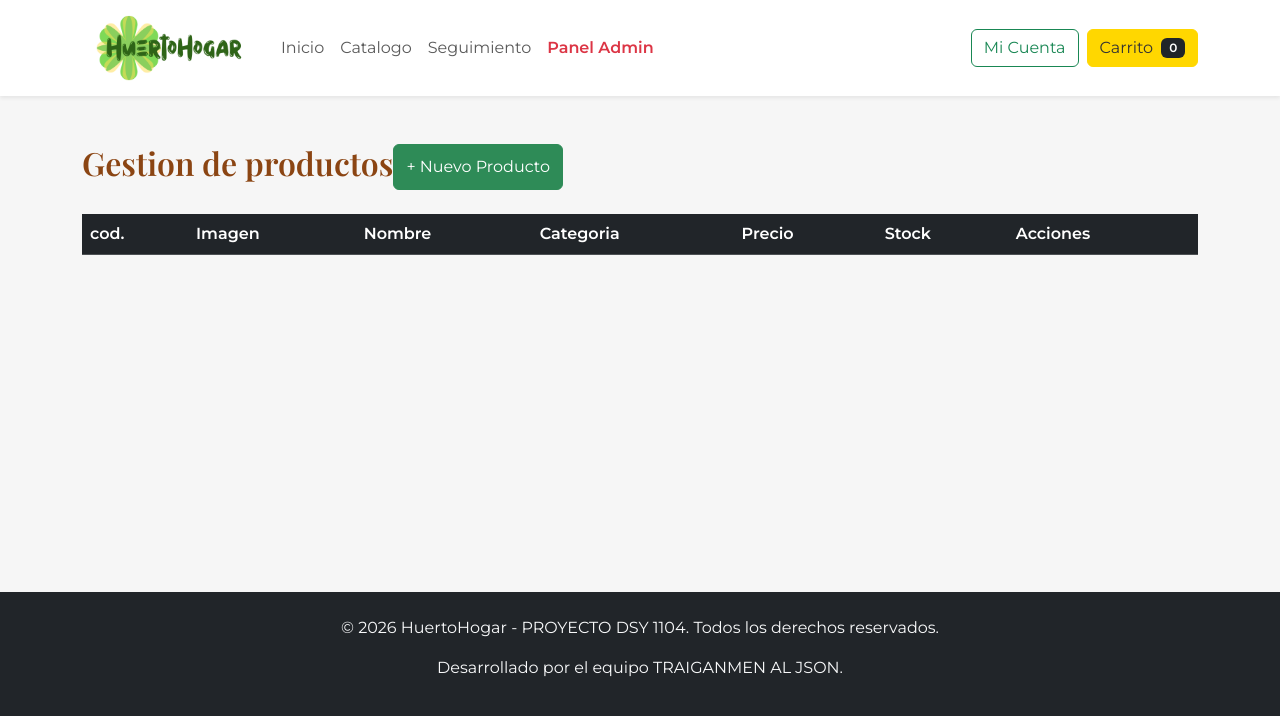
Repository: RottZen/Ev_1_Huerto_Hogar
Page: 8_admin/admin.html
The author's editor kept a copy of each file at every save. The page is drawn from the files as they stood at one save, then again after the next save.
The browser window is 1280 px wide. The pictures show the whole page.

Above is the page before, as saved 2026-09-08 22:52:55.

### 8_admin/admin.html
<!DOCTYPE html>
<html lang="es">
<head>
    <meta charset="UTF-8">
    <meta name="viewport" content="width=device-width, initial-scale=1.0">
    <title>Admin - HuertoHogar</title>
    <link href="https://cdn.jsdelivr.net/npm/bootstrap@5.3.2/dist/css/bootstrap.min.css" rel="stylesheet">
    <link href="https://fonts.googleapis.com/css2?family=Montserrat:wght@400;600&family=Playfair+Display:wght@600;700&display=swap" rel="stylesheet">
    <link rel="stylesheet" href="../7_comunes/global.css">

</head>
<body class="d-flex flex-column min-vh-100">
    <!-- menu de navegacion -->
    <header>
        <nav class="navbar navbar-expand-lg navbar-light bg-white shadow-sm">
            <div class="container">
                <a class="navbar-brand" href="../1_inicio/index.html">
                    <img src="../assets/img/logo.png" alt="Logo HuertoHogar" class="logo-header d-inline-block align-text-center">
                </a>
                <button class="navbar-toggler" type="button" data-bs-toggle="collapse" data-bs-target="#menuNavegacion">
                    <span class="navbar-toggler-icon"></span>
                </button>

                <div class="collapse navbar-collapse" id="menuNavegacion">
                    <ul class="navbar-nav me-auto mb-2 mb-lg-0">
                        <li class="nav-item"><a class="nav-link" href="../1_inicio/index.html">Inicio</a></li>
                        <li class="nav-item"><a class="nav-link" href="../2_catalogo/catalogo.html">Catalogo</a></li>
                        <li class="nav-item"><a class="nav-link" href="../6_seguimiento/rastreo.html">Seguimiento</a></li>
                        <li class="nav-item"> <a class="nav-link active fw-bold text-danger" href="admin.html">Panel Admin</a></li>
                    </ul>
                    <div class="d-flex gap-2">
                        <a href="../4_autenticacion/registro.html" class="btn btn-outline-success">Mi Cuenta</a>
                        <!-- boton del carrito de compras con contador dinamico js KU -->
                        <a href="../3_carrito/carrito.html" class="btn btn-warning">
                            Carrito <span class="badge bg-dark ms-1" id="contador-carrito">0</span>
                        </a>
                    </div>
                </div>
            </div>
        </nav>
    </header>

    <!-- MAIN CONTENEDOR DINAMICO -->
    <main class="container my-5 flex-grow-1">
        <div class="d-flex justify-content-vetween align-item-center mb-4">
            <h2>Gestion de productos</h2>
            <button class="btn btn-primary">+ Nuevo Producto</button>
        </div>

        <div class="table-responsive">
            <table class="table table-hover align-middle">
                <thead class="table-dark">
                    <tr>
                        <th>cod.</th>
                        <th>Imagen</th>
                        <th>Nombre</th>
                        <th>Categoria</th>
                        <th>Precio</th>
                        <th>Stock</th>
                        <th>Acciones</th>
                    </tr>
                </thead>
                <tbody id="tabla-admin-productos"></tbody>
            </table>

        </div>


    </main>
    <footer class="bg-dark text-light py-4 mt-auto">
        <div class="container text-center">
            <p>&copy; 2026 HuertoHogar - PROYECTO DSY 1104. Todos los derechos reservados.</p>
            <p>Desarrollado por el equipo TRAIGANMEN AL JSON.</p>
        </div>
    </footer>
    <script src="https://cdn.jsdelivr.net/npm/bootstrap@5.3.2/dist/js/bootstrap.bundle.min.js"></script>
    <script src="../7_comunes/datos.js"></script>
    <script src="admin.js"></script>





</body>
</html>

### 7_comunes/global.css
/* tipografia */
@import url('https://fonts.googleapis.com/css2?family=Montserrat:wght@400;600&family=Playfair+Display:wght@600;700&display=swap');

/* variable colores of */
:root{
    --blanco-suave: #f6f6f6;
    --verde-esmeralda: #2e8b57;
    --amarillo-mostaza: #ffd700;
    --marron-claro: #8B4513;
    --gris-oscuro: #333333;
    --gris-medio: #666666;

}
.logo-header{
    height: 70px;
    width: auto;
    object-fit: contain;

}

/* configuracion base */
body{
    background-color: var(--blanco-suave);
    color : var(--gris-oscuro);
    font-family: 'Montserrat', sans-serif;
}

h1, h2, h3, h4{
    font-family: 'Playfair Display', serif;
    color: var(--marron-claro)
}


/* sobreescribir botones feos de bootstrap */

.btn-primary{
    background-color: var(--verde-esmeralda) !important;
    border-color: var(--verde-esmeralda) !important;
    color: white !important;
}
.btn-primary:hover{
    background-color: #246b43 !important; /*mas oscurito pa q se note la interaccion */
    border-color: #246b43 !important;
}
.btn-warning{
    background-color: var(--amarillo-mostaza) !important;
    border-color: var(--amarillo-mostaza) !important;
    color: var(--gris-oscuro) !important;
}

### 7_comunes/datos.js
const productos = [
    {
        codigo: "FR001",
        nombre: "Manzanas Fuji",
        categoria: "frutas",
        precio: 1200,
        unidad: "kg",
        imagen: "../assets/img/manzana-fuji.jpg",
        descripcion: "Manzanas Fuji crujientes y dulces, cultivadas en el Valle del Maule. Perfectas para meriendas saludables o como ingrediente en postres.",
        origen: "Valle del Maule",
        stock: 150
    },
    {
        codigo: "FR002",
        nombre: "Naranjas Valencia",
        categoria: "frutas",
        precio: 1000,
        unidad: "kg",
        imagen: "../assets/img/naranjas-valencia.jpg",
        descripcion: "Jugosas y ricas en vitamina C, ideales para zumos frescos y refrescantes.",
        origen: "Chile",
        stock: 200
    },
    {
        codigo: "FR003",
        nombre: "Plátanos Cavendish",
        categoria: "frutas",
        precio: 800,
        unidad: "kg",
        imagen: "../assets/img/platanos-cavendish.jpg",
        descripcion: "Plátanos maduros y dulces, perfectos para el desayuno o como snack energético.",
        origen: "Chile",
        stock: 250
    },
    {
        codigo: "VR001",
        nombre: "Zanahorias Orgánicas",
        categoria: "verduras",
        precio: 900,
        unidad: "kg",
        imagen: "../assets/img/zanahorias-organicas.jpg",
        descripcion: "Zanahorias crujientes cultivadas sin pesticidas. Excelente fuente de vitamina A y fibra.",
        origen: "Región de O'Higgins",
        stock: 100
    },
    {
        codigo: "VR002",
        nombre: "Espinacas Frescas",
        categoria: "verduras",
        precio: 700,
        unidad: "bolsa 500g",
        imagen: "../assets/img/espinacas-frescas.jpg",
        descripcion: "Espinacas frescas y nutritivas, perfectas para ensaladas y batidos verdes.",
        origen: "Chile",
        stock: 80
    },
    {
        codigo: "VR003",
        nombre: "Pimientos Tricolores",
        categoria: "verduras",
        precio: 1500,
        unidad: "kg",
        imagen: "../assets/img/pimientos-tricolores.jpg",
        descripcion: "Pimientos rojos, amarillos y verdes, ideales para salteados y platos coloridos.",
        origen: "Chile",
        stock: 120
    },
    {
        codigo: "PO001",
        nombre: "Miel Orgánica",
        categoria: "organicos",
        precio: 5000,
        unidad: "frasco 500g",
        imagen: "../assets/img/miel-organica.jpg",
        descripcion: "Miel pura y orgánica producida por apicultores locales. Rica en antioxidantes y con un sabor inigualable.",
        origen: "Región de La Araucanía",
        stock: 50
    },
    {
        codigo: "PO003",
        nombre: "Quinua Orgánica",
        categoria: "organicos",
        precio: 3200,
        unidad: "bolsa 1kg",
        imagen: "../assets/img/quinua-organica.jpg",
        descripcion: "Quinua orgánica, alta en proteínas y libre de gluten, ideal para una alimentación saludable.",
        origen: "Chile",
        stock: 35
    },
    {
        codigo: "PL001",
        nombre: "Leche Entera",
        categoria: "lacteos",
        precio: 1100,
        unidad: "litro",
        imagen: "../assets/img/leche-entera.jpg",
        descripcion: "Leche entera proveniente de granjas locales, rica en calcio y nutrientes esenciales.",
        origen: "Chile",
        stock: 90
    }
];


/* ------------------------------------------------------------
   2. FUNCIONES DEL CARRITO DE COMPRAS
   ------------------------------------------------------------ */

function obtenerCarrito() {
    const carritoGuardado = localStorage.getItem("carritoHuertoHogar");
    return carritoGuardado ? JSON.parse(carritoGuardado) : [];
}

function guardarCarrito(carrito) {
    localStorage.setItem("carritoHuertoHogar", JSON.stringify(carrito));
    actualizarContadorCarrito();
}

function agregarAlCarrito(codProducto, cantidad = 1) {
    const producto = productos.find(p => p.codigo === codProducto);
    if (!producto) {
        console.error("Producto no encontrado:", codProducto);
        return;
    }

    const carrito = obtenerCarrito();
    const itemExistente = carrito.find(item => item.codigo === codProducto);

    if (itemExistente) {
        itemExistente.cantidad += cantidad;
    } else {
        carrito.push({
            codigo: producto.codigo,
            nombre: producto.nombre,
            precio: producto.precio,
            imagen: producto.imagen,
            cantidad: cantidad
        });
    }

    guardarCarrito(carrito); // antes se llamaba sin argumento y borraba el carrito
}

function eliminarDelCarrito(codProducto) {
    let carrito = obtenerCarrito();
    carrito = carrito.filter(item => item.codigo !== codProducto);
    guardarCarrito(carrito);
    renderizarCarrito();
}

function actualizarCantidad(codProducto, nuevaCantidad) {
    const carrito = obtenerCarrito();
    const item = carrito.find(item => item.codigo === codProducto);

    if (item && nuevaCantidad > 0) {
        item.cantidad = nuevaCantidad;
        guardarCarrito(carrito);
        renderizarCarrito();
    }
}

function calcularTotalCarrito() {
    const carrito = obtenerCarrito();
    return carrito.reduce((total, item) => total + (item.precio * item.cantidad), 0);
}

function actualizarContadorCarrito() {
    const contador = document.querySelector("#contador-carrito");
    if (!contador) return;

    const carrito = obtenerCarrito();
    const productosTotales = carrito.reduce((total, item) => total + item.cantidad, 0);
    contador.textContent = productosTotales;
}


/* ------------------------------------------------------------
   3. FUNCIONES DE RENDERIZADO (mostrar datos en el HTML)
   ------------------------------------------------------------ */

// Dibuja las tarjetas de productos (Bootstrap) en catalogo.html
function renderizarProductos(listaProductos = productos) {
    const contenedor = document.querySelector(".grid-productos");
    if (!contenedor) return;

    contenedor.innerHTML = "";

    if (listaProductos.length === 0) {
        contenedor.innerHTML = `<p class="text-center text-secondary">No se encontraron productos.</p>`;
        return;
    }

    listaProductos.forEach(producto => {
        const columna = document.createElement("div");
        columna.classList.add("col");
        columna.innerHTML = `
            <div class="card h-100 shadow-sm tarjeta-producto">
                <img src="${producto.imagen}" class="card-img-top" alt="${producto.nombre}">
                <div class="card-body d-flex flex-column">
                    <h5 class="card-title">${producto.nombre}</h5>
                    <p class="card-text text-secondary small mb-1">${producto.origen}</p>
                    <p class="card-text fw-semibold">
                        $${producto.precio.toLocaleString("es-CL")} / ${producto.unidad}
                    </p>
                    <button class="btn btn-success mt-auto"
                        onclick="agregarAlCarrito('${producto.codigo}')">
                        Agregar al carrito
                    </button>
                </div>
            </div>
        `;
        contenedor.appendChild(columna);
    });
}

function filtrarPorCategoria(categoria) {
    if (categoria === "todos") {
        renderizarProductos(productos);
    } else {
        const filtrados = productos.filter(p => p.categoria === categoria);
        renderizarProductos(filtrados);
    }
}

// Dibuja el contenido del carrito en páginas que usen .lista-carrito
// (si carrito.html usa su propia tabla Bootstrap, ver carrito.js en su lugar)
function renderizarCarrito() {
    const contenedor = document.querySelector(".lista-carrito");
    if (!contenedor) return;

    const carrito = obtenerCarrito();
    contenedor.innerHTML = "";

    if (carrito.length === 0) {
        contenedor.innerHTML = "<p>Tu carrito está vacío.</p>";
    } else {
        carrito.forEach(item => {
            const fila = document.createElement("div");
            fila.classList.add("item-carrito");
            fila.innerHTML = `
                <img src="${item.imagen}" alt="${item.nombre}">
                <span>${item.nombre}</span>
                <input type="number" min="1" value="${item.cantidad}"
                    onchange="actualizarCantidad('${item.codigo}', parseInt(this.value))">
                <span>$${(item.precio * item.cantidad).toLocaleString("es-CL")}</span>
                <button onclick="eliminarDelCarrito('${item.codigo}')">Eliminar</button>
            `;
            contenedor.appendChild(fila);
        });
    }

    const totalElemento = document.querySelector(".total-carrito");
    if (totalElemento) {
        totalElemento.textContent = `Total: $${calcularTotalCarrito().toLocaleString("es-CL")}`;
    }
}


/* ------------------------------------------------------------
   4. INICIALIZACIÓN
   ------------------------------------------------------------ */
document.addEventListener("DOMContentLoaded", () => {
    actualizarContadorCarrito();
    renderizarProductos();
    renderizarCarrito();
});

Loaded but not shown: 8_admin/admin.js (no stored copy; drawn as an empty file)

After the next save:
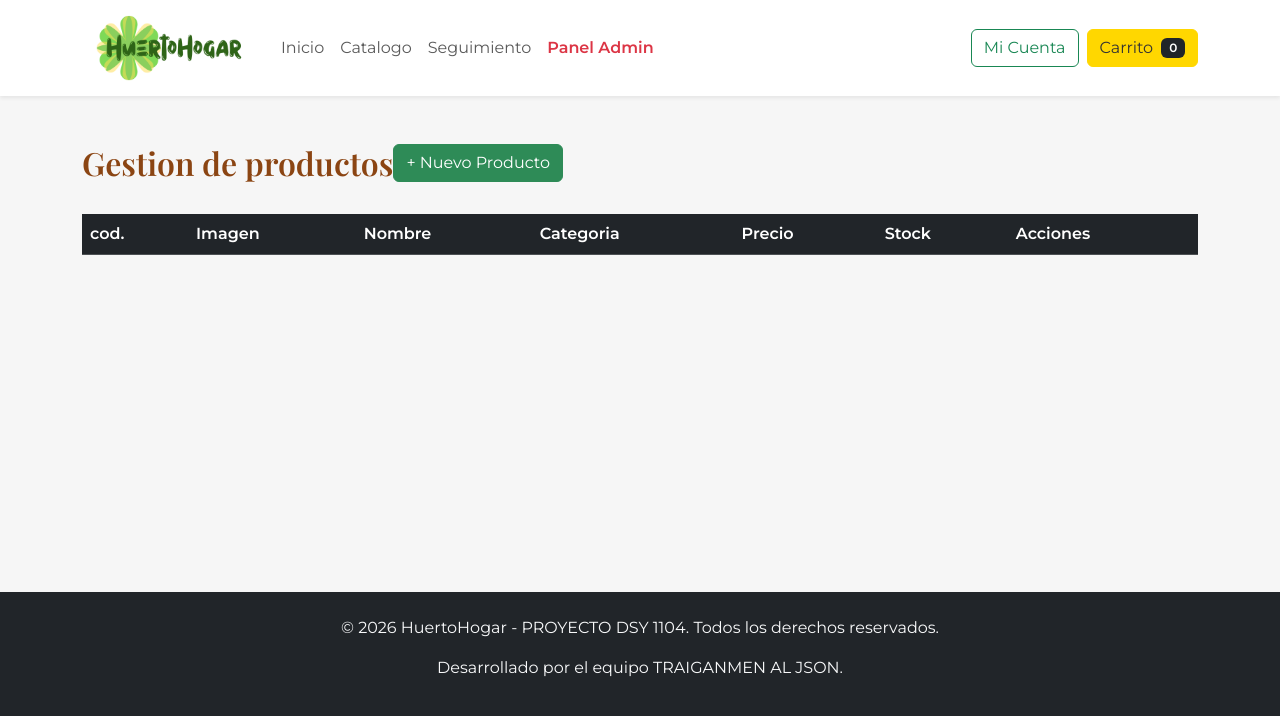
Saved 8 min 2 s later.
--- a/8_admin/admin.html
+++ b/8_admin/admin.html
@@ -44,7 +44,7 @@
     <main class="container my-5 flex-grow-1">
         <div class="d-flex justify-content-vetween align-item-center mb-4">
             <h2>Gestion de productos</h2>
-            <button class="btn btn-primary">+ Nuevo Producto</button>
+            <button class="btn btn-primary mb-2">+ Nuevo Producto</button>
         </div>
 
         <div class="table-responsive">

After the save that followed:
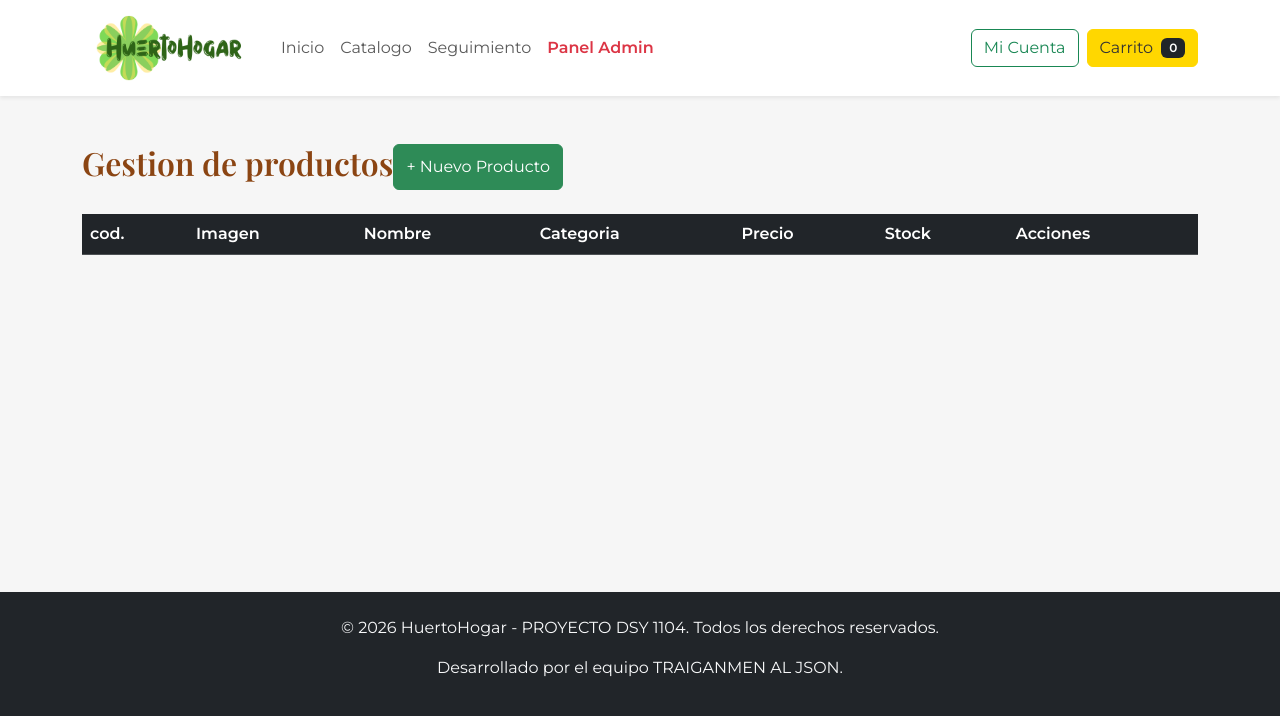
Saved 16 s later.
--- a/8_admin/admin.html
+++ b/8_admin/admin.html
@@ -44,7 +44,7 @@
     <main class="container my-5 flex-grow-1">
         <div class="d-flex justify-content-vetween align-item-center mb-4">
             <h2>Gestion de productos</h2>
-            <button class="btn btn-primary mb-2">+ Nuevo Producto</button>
+            <button class="btn btn-primary mb-100">+ Nuevo Producto</button>
         </div>
 
         <div class="table-responsive">
